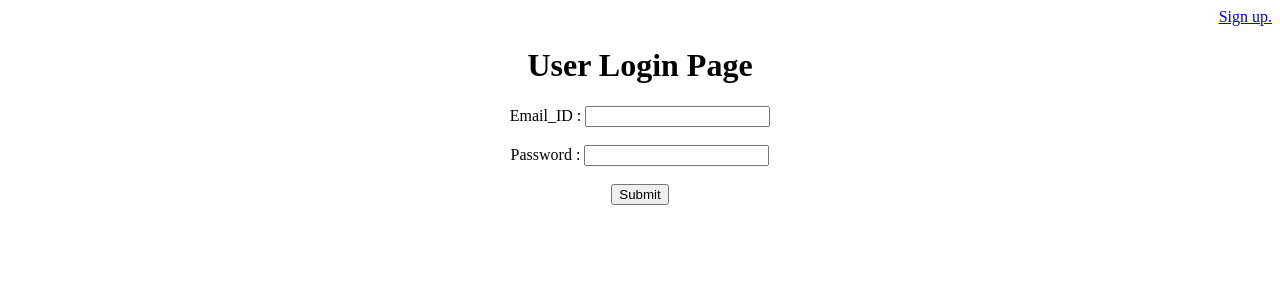
Repository: sunil965/JDBC-Servlet-JSP
Page: http://localhost/JspRegistrationTask/loginJspCall
These files come from the project's save history. The page is drawn as it stood at one moment and after the next save; the edit follows.
The browser window is 1280 px wide. The pictures show the whole page.
The page is served by Tomcat 9.

Above is the page before, as saved 2017-05-02 12:20:35.

After the next save:
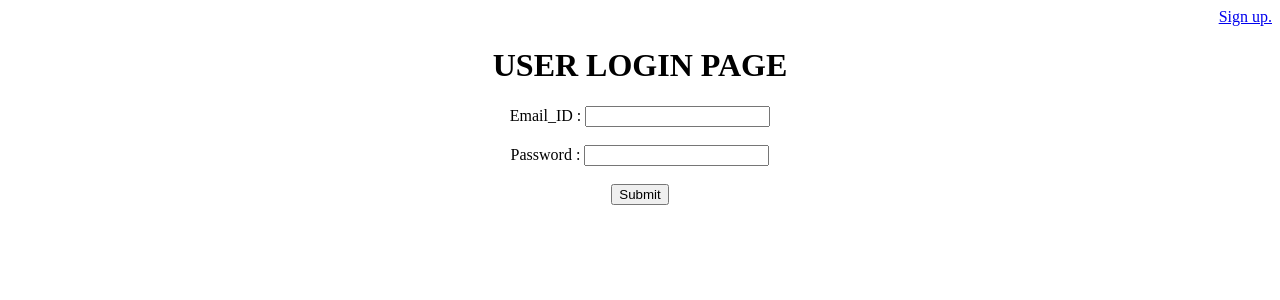
Saved 105 s later.
--- a/JspRegistrationTask/WebContent/userlogin.jsp
+++ b/JspRegistrationTask/WebContent/userlogin.jsp
@@ -11,7 +11,7 @@
 <a href="index.jsp">Sign up.</a>
 </div>
 <div align="center">
-<h1>User Login Page</h1>
+<h1>USER LOGIN PAGE</h1>
  <form action="userlogin" method="post">
  	Email_ID : <input type="text" name="mail"><br><br>
  	Password : <input type="password" name="pwd"><br><br>
